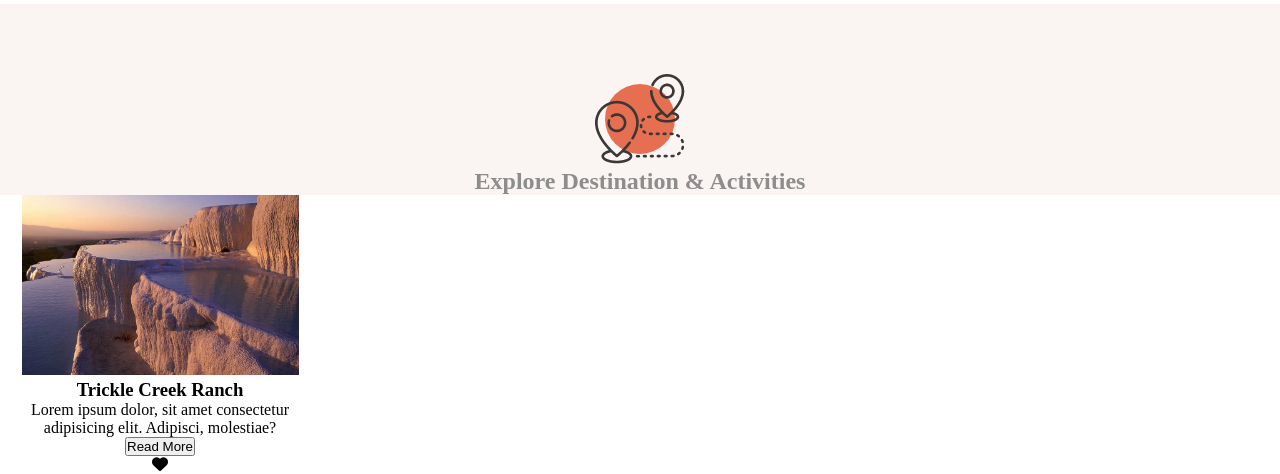
Repository: giahuy405/BC38_Camping_Pham_Gia_Huy
Page: index.html
These files come from the project's save history. The page is drawn as it stood at one moment and after the next save; the edit follows.
The browser window is 1280 px wide. The pictures show the part of the page from y = 692 to 1184 px (the page is 1166 px tall before and 1184 px after).

Above is the page before, as saved 2022-09-13 19:00:26.

### index.html
<!DOCTYPE html>
<html lang="en">
<head>
    <meta charset="UTF-8">
    <meta http-equiv="X-UA-Compatible" content="IE=edge">
    <meta name="viewport" content="width=device-width, initial-scale=1.0">
    <title>Document</title>
    <link rel="stylesheet" href="https://cdnjs.cloudflare.com/ajax/libs/font-awesome/6.2.0/css/all.min.css" integrity="sha512-xh6O/CkQoPOWDdYTDqeRdPCVd1SpvCA9XXcUnZS2FmJNp1coAFzvtCN9BmamE+4aHK8yyUHUSCcJHgXloTyT2A==" crossorigin="anonymous" referrerpolicy="no-referrer" />
    <link rel="stylesheet" href="./css/index.css">
</head>
<body>
    <header>
       <div class="header__items">
            <img src="./img/logoicon.png" alt="">
            <nav>
                <ul>
                    <li><a href="#">Home</a></li>
                    <li><a href="#">Services</a></li>
                    <li><a href="#">Destination</a></li>
                    <li><a href="#">Events</a></li>
                    <li><a href="#">Gallery</a></li>
                    <li><a href="#">Contact us</a></li>
                </ul>
            </nav>
       </div>
    </header>
    <section class="carousel">
        <img src="./img/BG.png" alt="">
    </section>
    <section class="service">
        <img src="./img/Group 313.png" alt="">
        <h1>Explore Destination & Activities</h1>
        <div class="service__cards">
            <div class="service__card">
                <div class="service__item">
                    <img src="./img/product1.png" alt="">
                    <h3>Trickle Creek Ranch</h3>
                    <p>Lorem ipsum dolor, sit amet consectetur adipisicing elit. Adipisci, molestiae?</p>
                    <button>Read More</button>
                </div>
                <div class="service__heart">
                    <i class="fa fa-heart"></i>
                </div>
            </div>
            <div class="service__card">

            </div>
            <div class="service__card">

            </div>
            <div class="service__card">

            </div>
        </div>
    </section>
</body>
</html>

### css/index.css
*{
    padding: 0;
    margin: 0;
    box-sizing: border-box;
}
.header__items{
    width: 90%;
    margin: 0 auto;
}
header{
    background-color: #f8e1db;
}
nav{
    margin-top: 10px;
    padding-bottom: 10px;
}
nav ul{
    list-style: none;
}
nav li{
    display: inline;
    margin-right:30px;
}
nav a{
    text-decoration: none;
    color: #43403c;
}
nav a:hover{
    color: rgb(160, 5, 5);
}
.clear{
    clear: both;
}
.carousel img{
    height: 600px;
    width: 100%;
}
.service{
    text-align: center;
    padding-top: 70px;
    background-color: #faf4f2;
}
.service > h1{
    color: #8d8d8d;
}
.service__card{
    float: left;
    width: 25%;
}

After the next save:
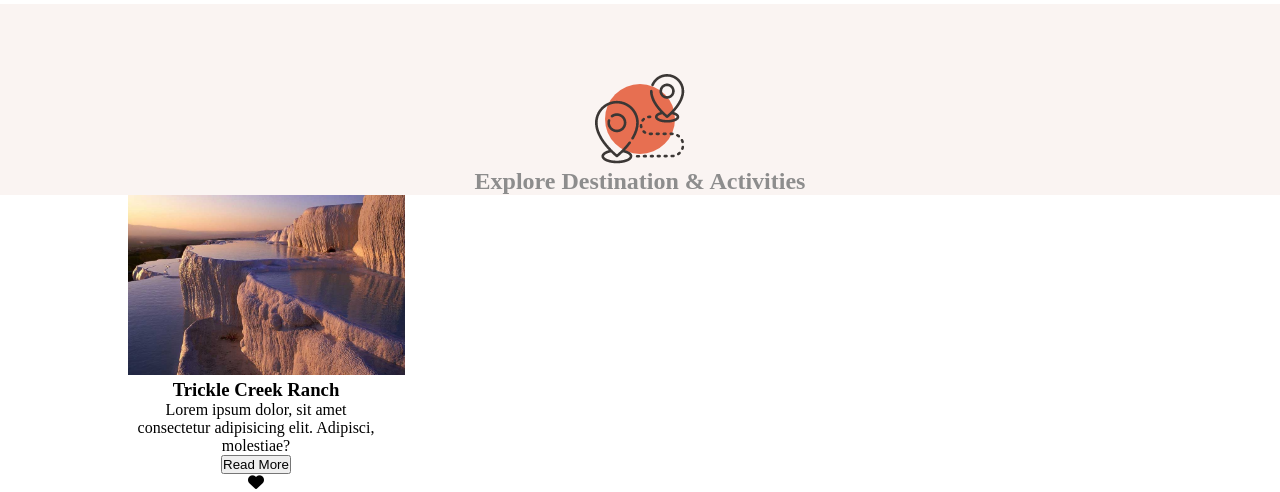
Saved 15 s later.
--- a/css/index.css
+++ b/css/index.css
@@ -43,6 +43,10 @@
 .service > h1{
     color: #8d8d8d;
 }
+.service__cards{
+    width: 80%;
+    margin: 0 auto;
+}
 .service__card{
     float: left;
     width: 25%;
